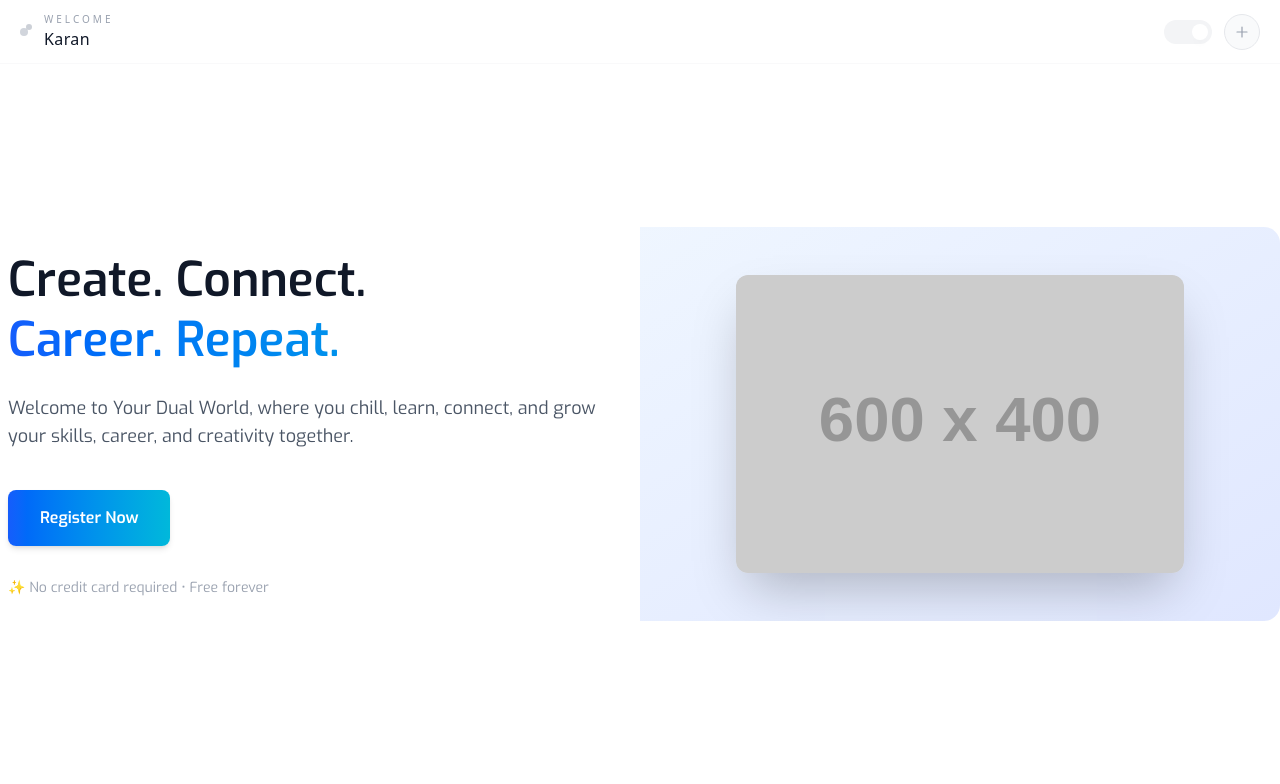
Repository: deepak445566/job
Page: / (app in frontend/)
An editor plug-in stored every save of this project. The page is shown before and after the next save, followed by the edit.
The browser window is 1280 px wide. The pictures show the whole page.
The page's requests for data from a server got no answer. Some web fonts or font styles are not loaded; a fallback is used. The project was rebuilt for these pictures with package versions that can differ from the ones it lists, and the page was loaded fresh each time. Some packages were replaced by stand-ins written for this rebuild. No one was signed in, and anything a server would have sent is missing. Also part of the build but not shown: frontend/vite.config.js, frontend/src/Components/auth/Login.jsx, frontend/src/Components/study/StudyDashboard.jsx, frontend/src/Components/chill/ChillDashboard.jsx.

Above is the page before, as saved 2026-02-26 14:07:08.

### frontend/index.html
<!doctype html>
<html lang="en">
  <head>
    <meta charset="UTF-8" />
    <link rel="icon" type="image/svg+xml" href="/vite.svg" />
    <meta name="viewport" content="width=device-width, initial-scale=1.0" />
    <title>frontend</title>
    <link rel="preconnect" href="https://fonts.googleapis.com">
<link rel="preconnect" href="https://fonts.gstatic.com" crossorigin>
<link href="https://fonts.googleapis.com/css2?family=Exo:ital,wght@0,100..900;1,100..900&family=Playfair+Display:ital,wght@0,400..900;1,400..900&display=swap" rel="stylesheet">
  </head>
  <body>
    <div id="root"></div>
    <script type="module" src="/src/main.jsx"></script>
  </body>
</html>

### frontend/src/main.jsx
import { StrictMode } from 'react'
import { createRoot } from 'react-dom/client'
import './index.css'
import App from './App.jsx'
import {BrowserRouter} from 'react-router-dom'
import { AppContextProvider } from './context/AppContextProvider.jsx'




createRoot(document.getElementById('root')).render(
  <BrowserRouter>
  <AppContextProvider>
  <StrictMode>
    <App />
  </StrictMode>
  </AppContextProvider>
  </BrowserRouter>
)

### frontend/src/index.css
@import "tailwindcss";
.exo{
  font-family: "Exo", sans-serif;

  font-style: normal;
}

### frontend/src/App.jsx
import React from "react";
import Login from "./Components/auth/Login";
import { Route, Routes } from "react-router-dom";
import Dashboard from "./Components/Dashboard";
import { useAppContext } from "./context/AppContextProvider";
import Navbar from "./Components/common/Navbar";

function App() {
  const { showLogin } = useAppContext(); // user bhi lein context se

  return (
    <div>
      {/* Navbar hamesha dikhega */}
      <Navbar />

      {/* Login modal - tabhi dikhega jab showLogin true ho */}
      {showLogin && <Login />}

      <Routes>
        <Route path="/" element={<Dashboard />} />
      </Routes>
    </div>
  );
}

export default App;

### frontend/src/context/AppContextProvider.jsx
import { useContext, useEffect, useState } from "react";
import { useNavigate } from "react-router-dom";
import axios from "axios";
import { AppContext } from "./AppContext";
import toast from 'react-hot-toast';

axios.defaults.withCredentials = true;
axios.defaults.baseURL = import.meta.env.VITE_BACKEND_URL;
console.log("Base URL:", import.meta.env.VITE_BACKEND_URL);

export const AppContextProvider = ({ children }) => {
  const navigate = useNavigate();
  const [user, setUser] = useState(null);
  const [mode, setMode] = useState('chill'); // Default 'chill' ya 'study'
  const [showLogin, setShowLogin] = useState(false);
  const [loading, setLoading] = useState(true);

  const fetchUser = async () => {
    try {
      const { data } = await axios.get("/api/auth/isauth");
      if (data.success) {
        setUser(data.user);
        // User login hai toh uski mode fetch karo
        fetchUserMode();
      }
    } catch (error) {
      setUser(null);
    } finally {
      setLoading(false);
    }
  };

  // User ka mode fetch karne ka function
  const fetchUserMode = async () => {
    try {
      const { data } = await axios.get("/api/mode/");
      if (data.success) {
        setMode(data.mode);
      }
    } catch (error) {
      console.log("Error fetching mode:", error);
    }
  };

  // Mode toggle karne ka function
  const toggleMode = async () => {
    if (!user) {
      toast.error("Please login first");
      setShowLogin(true);
      return;
    }

    try {
      const { data } = await axios.put("/api/mode/switch");
      if (data.success) {
        setMode(data.mode);
        toast.success(data.message);
      }
    } catch (error) {
      toast.error(error.response?.data?.message || "Error switching mode");
    }
  };

  useEffect(() => {
    fetchUser();
  }, []);

  return (
    <AppContext.Provider
      value={{
        navigate,
        user,
        setUser,
        axios,
        setShowLogin,
        showLogin,
        mode,
        setMode,
        toggleMode,
        loading
      }}
    >
      {children}
    </AppContext.Provider>
  );
};

export const useAppContext = () => useContext(AppContext);

### frontend/src/Components/Dashboard.jsx
// components/Dashboard.jsx
import React from 'react';
import { useAppContext } from '../context/AppContextProvider';
import StudyDashboard from './study/StudyDashboard';
import ChillDashboard from './chill/ChillDashboard';

function Dashboard() {
  const { mode, user, setShowLogin, loading } = useAppContext();

  // Loading state
  if (loading) {
    return (
      <div className="min-h-screen flex items-center justify-center">
        <div className="text-center">
          <div className="w-16 h-16 border-4 border-blue-500 border-t-transparent rounded-full animate-spin mx-auto mb-4"></div>
          <p className="text-gray-600">Loading dashboard...</p>
        </div>
      </div>
    );
  }

  // Agar user login nahi hai
  if (!user) {
    return (
     <div className="min-h-screen  flex items-center justify-center  exo">

      <div className=" w-full   rounded-2xl overflow-hidden flex flex-col md:flex-row">

        {/* Left side: Text and button */}
        <div className="w-full md:w-1/2 p-2 flex flex-col justify-center space-y-6">
          {/* Heading */}
          <h1 className="text-4xl sm:text-5xl font-semibold text-gray-900 leading-tight">
           Create. Connect.
            <span className="text-transparent bg-clip-text bg-gradient-to-r from-blue-600 to-cyan-500 block ">
            Career. Repeat.
            </span>
          </h1>

          {/* Paragraph */}
          <p className="text-lg text-gray-600 ">
           Welcome to Your Dual World, where you chill, learn, connect, and grow your skills, career, and creativity together.
          </p>

          {/* Register Now Button */}
          <div className="pt-4">
            <button className="px-8 py-4 bg-gradient-to-r from-blue-600 to-cyan-500 text-white font-semibold rounded-lg shadow-md hover:shadow-lg transform hover:scale-105 transition-all duration-300 ease-in-out focus:outline-none focus:ring-2 focus:ring-blue-400 focus:ring-offset-2">
              Register Now
            </button>
          </div>

          {/* Optional extra trust indicator */}
          <p className="text-sm text-gray-400 pt-2">✨ No credit card required • Free forever</p>
        </div>

        {/* Right side: Image */}
        <div className="w-full md:w-1/2 bg-gradient-to-br from-blue-50 to-indigo-100 flex items-center justify-center p-8 sm:p-10 lg:p-12">
          {/*
            Using a placeholder image from placeholder.com.
            Replace the src with your own image.
            The image is made responsive with object-fit to maintain aspect ratio.
          */}
          <img
            src="https://placehold.co/600x400/3b82f6/ffffff/png?text=Your+Image+Here&font=montserrat"
            alt="Hero visual representing our platform"
            className="w-full h-auto max-w-md rounded-xl shadow-2xl object-cover transform hover:scale-105 transition-transform duration-500"
          />
        </div>
      </div>
    </div>
    );
  }

  // Mode ke hisaab se dashboard render karo
  return (
    <div className="transition-all duration-500">
      {mode === 'study' ? <StudyDashboard /> : <ChillDashboard />}
    </div>
  );
}

export default Dashboard;

### frontend/src/Components/common/Navbar.jsx
import React, { useState } from "react";
import { useAppContext } from "../../context/AppContextProvider";
import toast from "react-hot-toast";

function Navbar() {
  const { user, setUser, axios, setShowLogin, navigate, mode, toggleMode } =
    useAppContext();
  const [loggingOut, setLoggingOut] = useState(false);
  const [togglingMode, setTogglingMode] = useState(false);
  const [showProfileMenu, setShowProfileMenu] = useState(false);

  const handleLogout = async () => {
    try {
      setLoggingOut(true);
      const { data } = await axios.post("/api/auth/logout");
      if (data.success) {
        setUser(null);
        setShowLogin(true);
        toast.success("Logged out successfully");
        navigate("/");
      } else {
        toast.error(data.message || "Logout failed");
      }
    } catch (error) {
      toast.error(error.response?.data?.message || "Error logging out");
    } finally {
      setLoggingOut(false);
      setShowProfileMenu(false);
    }
  };

  const handleToggleMode = async () => {
    try {
      setTogglingMode(true);
      await toggleMode();
    } catch (error) {
      console.error("Error toggling mode:", error);
    } finally {
      setTogglingMode(false);
    }
  };

  const handleProfileClick = () => {
    if (user) {
      setShowProfileMenu(!showProfileMenu);
    } else {
      setShowLogin(true);
    }
  };

  // Get first letter of name for avatar
  const getInitial = () => {
    if (user?.username) return user.username[0].toUpperCase();
    if (user?.email) return user.email[0].toUpperCase();
    return 'K';
  };

  return (
    <nav className="bg-white/80 backdrop-blur-xl px-5 py-3 border-b border-gray-100/50 sticky top-0 z-50">
      <div className="flex justify-between items-center max-w-7xl mx-auto">
        {/* Left Side - Minimal Luxury Greeting */}
        <div className="flex items-center gap-4">
          {/* Ultra-minimal greeting dot */}
          <div className="relative">
            <div className="w-2 h-2 bg-gray-300 rounded-full"></div>
            <div className="absolute -top-1 -right-1 w-1.5 h-1.5 bg-gray-400 rounded-full opacity-50"></div>
          </div>

          {/* Name with exquisite typography */}
          <div className="flex flex-col">
            <span className="text-[10px] uppercase tracking-[0.3em] text-gray-400 font-light">
              Welcome
            </span>
            <div className="flex items-center gap-2">
              <span className="text-base font-light text-gray-900 tracking-wide">
                {user?.username || user?.email?.split('@')[0] || 'Karan'}
              </span>
              {user && (
                <span className="w-1 h-1 bg-gray-300 rounded-full"></span>
              )}
            </div>
          </div>
        </div>

        {/* Right Side - Ultra Minimal Actions */}
        <div className="flex items-center gap-3">
          {/* Mode Toggle - Refined Switch */}
          <button
            onClick={handleToggleMode}
            disabled={togglingMode || !user}
            className={`relative w-12 h-6 rounded-full transition-all duration-700 ${
              user
                ? mode === 'study'
                  ? 'bg-gray-900'
                  : 'bg-gray-400'
                : 'bg-gray-100 cursor-not-allowed'
            }`}
            title={!user ? "Login to switch mode" : `Switch to ${mode === 'study' ? 'Chill' : 'Study'}`}
          >
            <span
              className={`absolute top-1 left-1 w-4 h-4 bg-white rounded-full shadow-xl transform transition-all duration-500 ease-in-out ${
                mode === 'chill' ? 'translate-x-6' : ''
              }`}
            />
          </button>

          {/* Profile - Museum Quality */}
          <div className="relative">
            <button
              onClick={handleProfileClick}
              className="group relative focus:outline-none"
            >
              {/* Ultra subtle ring */}
              {user && (
                <div className="absolute -inset-0.5 bg-gradient-to-r from-gray-200 to-gray-300 rounded-full opacity-0 group-hover:opacity-100 transition-opacity duration-500 blur-[1px]"></div>
              )}

              {/* Minimal Avatar */}
              <div className={`relative w-9 h-9 rounded-full flex items-center justify-center transition-all duration-300 ${
                user
                  ? 'bg-gray-900 text-white border border-white/20'
                  : 'bg-gray-50 text-gray-400 border border-gray-200'
              }`}>
                {user ? (
                  <span className="text-xs font-light tracking-wider">{getInitial()}</span>
                ) : (
                  <svg width="16" height="16" viewBox="0 0 16 16" fill="none" xmlns="http://www.w3.org/2000/svg">
                    <path d="M8 3V13M3 8H13" stroke="currentColor" strokeWidth="1.2" strokeLinecap="round"/>
                  </svg>
                )}
              </div>
            </button>

            {/* Profile Menu - Minimal Luxury Dropdown */}
            {showProfileMenu && user && (
              <>
                {/* Backdrop */}
                <div
                  className="fixed inset-0 z-40"
                  onClick={() => setShowProfileMenu(false)}
                />

                {/* Menu Card - Like a luxury boutique */}
                <div className="absolute right-0 mt-3 w-56 bg-white/95 backdrop-blur-xl rounded-2xl shadow-[0_20px_40px_-15px_rgba(0,0,0,0.1)] border border-gray-100/80 z-50 overflow-hidden">
                  {/* User Info - Minimal */}
                  <div className="px-5 py-4 border-b border-gray-100/50">
                    <p className="text-xs text-gray-400 uppercase tracking-[0.2em] mb-2 font-light">
                      Account
                    </p>
                    <p className="text-sm font-medium text-gray-900 mb-0.5">
                      {user.username || 'User'}
                    </p>
                    <p className="text-xs text-gray-400 truncate font-light">
                      {user.email || 'user@example.com'}
                    </p>
                  </div>

                  {/* Menu Items - Refined */}
                  <div className="p-2">
                    <button
                      onClick={() => {
                        setShowProfileMenu(false);
                        navigate('/profile');
                      }}
                      className="w-full px-4 py-2.5 text-left hover:bg-gray-50/80 rounded-xl transition-all duration-200 flex items-center gap-3 text-gray-600 group"
                    >
                      <span className="text-sm opacity-50 group-hover:opacity-100 transition-opacity">👤</span>
                      <span className="text-xs font-light tracking-wide">Profile</span>
                    </button>

                    <button
                      onClick={() => {
                        setShowProfileMenu(false);
                        navigate('/settings');
                      }}
                      className="w-full px-4 py-2.5 text-left hover:bg-gray-50/80 rounded-xl transition-all duration-200 flex items-center gap-3 text-gray-600 group"
                    >
                      <span className="text-sm opacity-50 group-hover:opacity-100 transition-opacity">⚙️</span>
                      <span className="text-xs font-light tracking-wide">Settings</span>
                    </button>

                    <div className="h-px bg-gray-100/50 my-2"></div>

                    <button
                      onClick={handleLogout}
                      disabled={loggingOut}
                      className="w-full px-4 py-2.5 text-left hover:bg-red-50/50 rounded-xl transition-all duration-200 flex items-center gap-3 text-red-400 group"
                    >
                      <span className="text-sm opacity-50 group-hover:opacity-100 transition-opacity">🚪</span>
                      <span className="text-xs font-light tracking-wide flex-1">
                        {loggingOut ? "Exiting..." : "Sign out"}
                      </span>
                      {loggingOut && (
                        <span className="w-3 h-3 border border-red-300 border-t-transparent rounded-full animate-spin" />
                      )}
                    </button>
                  </div>
                </div>
              </>
            )}
          </div>
        </div>
      </div>
    </nav>
  );
}

export default Navbar;

Loaded but not shown: frontend/src/context/AppContext.jsx (common file)

After the next save:
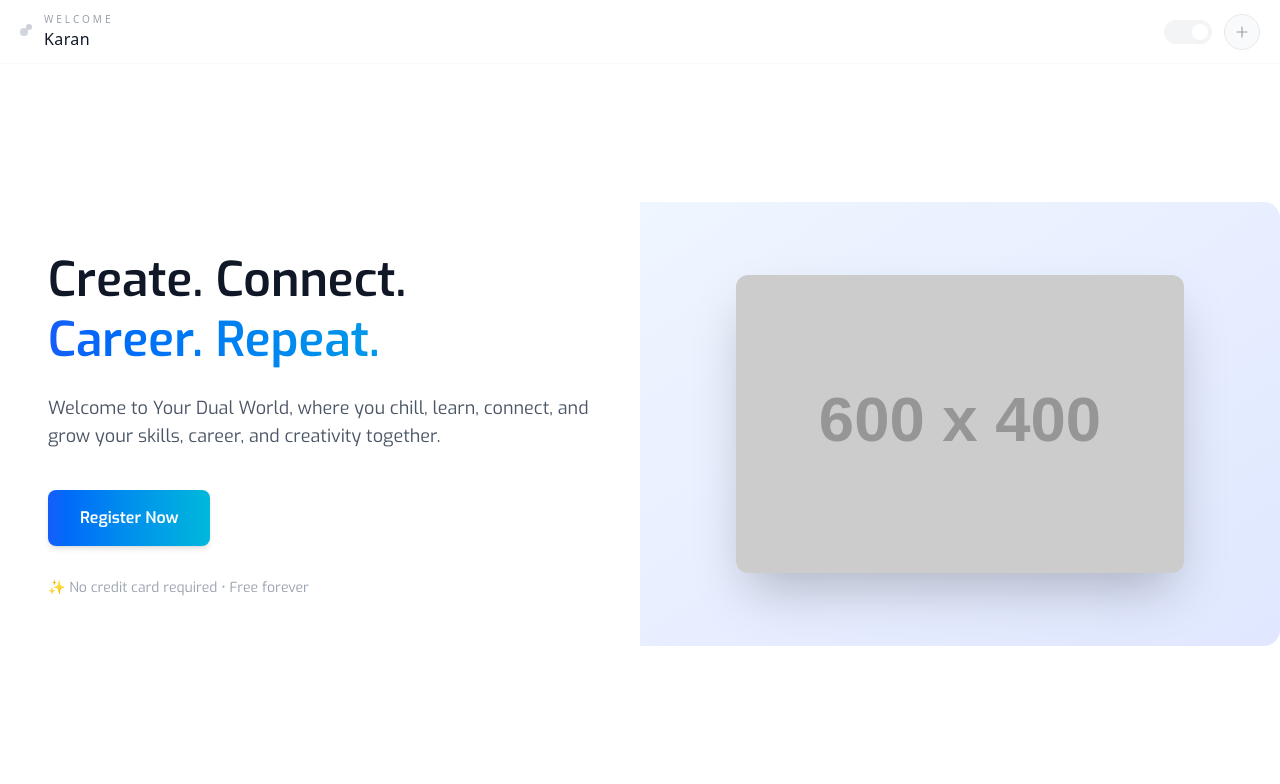
Saved 5 s later.
--- a/frontend/src/Components/Dashboard.jsx
+++ b/frontend/src/Components/Dashboard.jsx
@@ -27,7 +27,7 @@ function Dashboard() {
       <div className=" w-full   rounded-2xl overflow-hidden flex flex-col md:flex-row">
 
         {/* Left side: Text and button */}
-        <div className="w-full md:w-1/2 p-2 flex flex-col justify-center space-y-6">
+        <div className="w-full md:w-1/2 p-8 sm:p-10 lg:p-12 flex flex-col justify-center space-y-6">
           {/* Heading */}
           <h1 className="text-4xl sm:text-5xl font-semibold text-gray-900 leading-tight">
            Create. Connect.
